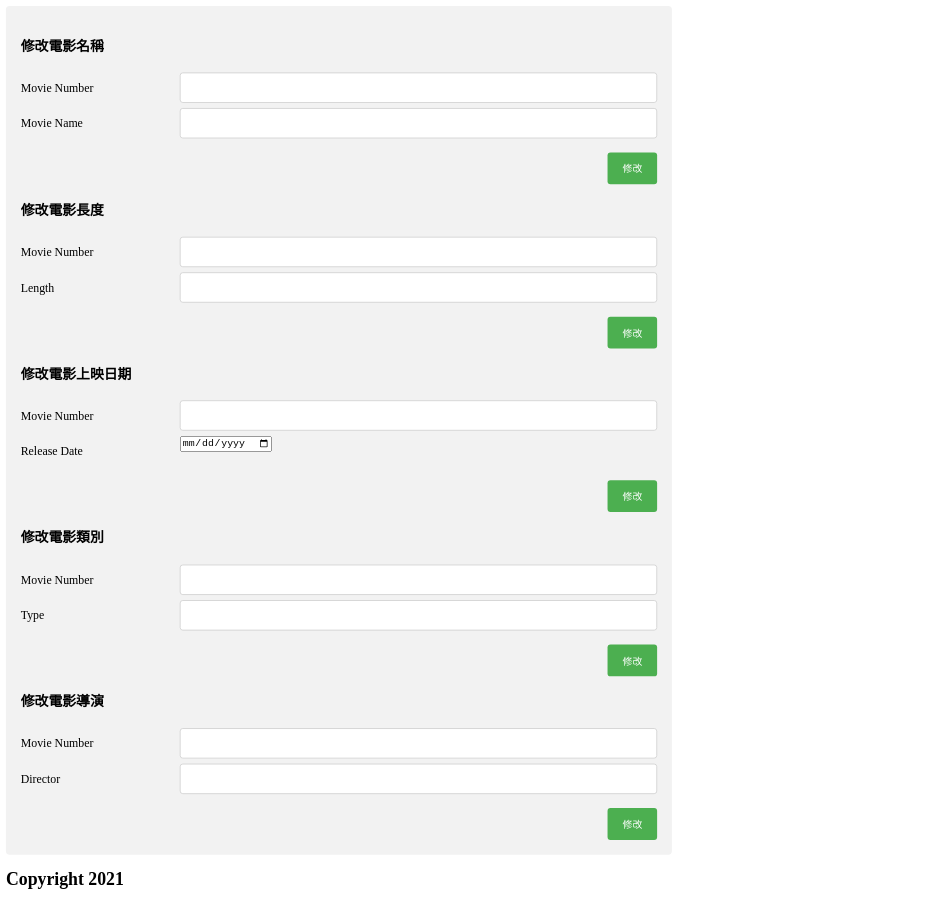
Repository: PEICHI26/Cinema
Page: http://localhost/Cinema/Update.jsp
An editor plug-in stored every save of this project. The page is shown before and after the next save, followed by the edit.
The browser window is 1280 px wide. The pictures show the whole page, at 74% of full size.
The page is served by Tomcat 9. Nobody is signed in. The application's start-up code is not run. Other server files are loaded and not shown.

Above is the page before, as saved 2021-12-18 08:17:48.

### Cinema/src/main/webapp/Update.jsp
<%@ page language="java" contentType="text/html; charset=UTF-8"
	pageEncoding="UTF-8"%>
<!DOCTYPE html>
<html>
<head>
<meta charset="UTF-8">
<title>Update Movie</title>
<style>
* {
	box-sizing: border-box;
}

input[type=text], select, textarea {
	width: 100%;
	padding: 12px;
	border: 1px solid #ccc;
	border-radius: 4px;
	resize: vertical;
}

label {
	padding: 12px 12px 12px 0;
	display: inline-block;
}

input[type=submit] {
	background-color: #4CAF50;
	color: white;
	padding: 12px 20px;
	border: none;
	border-radius: 4px;
	cursor: pointer;
	float: right;
}

input[type=submit]:hover {
	background-color: #45a049;
}

.container {
	border-radius: 5px;
	background-color: #f2f2f2;
	padding: 20px;
	width: 900px;
}

.col-25 {
	float: left;
	width: 25%;
	margin-top: 6px;
}

.col-75 {
	float: left;
	width: 75%;
	margin-top: 6px;
}

/* Clear floats after the columns */
.row:after {
	content: "";
	display: table;
	clear: both;
}

/* Responsive layout - when the screen is less than 600px wide, make the two columns stack on top of each other instead of next to each other */
@media screen and (max-width: 600px) {
	.col-25, .col-75, input[type=submit] {
		width: 100%;
		margin-top: 0;
	}
}
</style>
</head>
<body>
	<div class="container">
		<h3>修改電影名稱</h3>
		<form action="MovieServlet" method="post">
			<div class="row">
				<div class="col-25">
					<label for="movieno">Movie Number</label>
				</div>
				<div class="col-75">
					<input type="text" id="movieno" name="movieno" placeholder="">
				</div>
			</div>
			<div class="row">
				<div class="col-25">
					<label for="moviename">Movie Name</label>
				</div>
				<div class="col-75">
					<input type="text" id="moviename" name="moviename" placeholder="">
				</div>
			</div>

			<br>
			<div class="row">
				<input type="submit" name="UPDATENAME" value="修改">
			</div>
		</form>

		<h3>修改電影長度</h3>
		<form action="MovieServlet" method="post">
			<div class="row">
				<div class="col-25">
					<label for="movieno">Movie Number</label>
				</div>
				<div class="col-75">
					<input type="text" id="movieno" name="movieno" placeholder="">
				</div>
			</div>
			<div class="row">
				<div class="col-25">
					<label for="movielength">Length</label>
				</div>
				<div class="col-75">
					<input type="text" id="movielength" name="movielength"
						placeholder="">
				</div>
			</div>

			<br>
			<div class="row">
				<input type="submit" name="UPDATELENGTH" value="修改">
			</div>
		</form>
		<h3>修改電影上映日期</h3>
		<form action="MovieServlet" method="post">
			<div class="row">
				<div class="col-25">
					<label for="movieno">Movie Number</label>
				</div>
				<div class="col-75">
					<input type="text" id="movieno" name="movieno" placeholder="">
				</div>
			</div>
			<div class="row">
				<div class="col-25">
					<label for="moviename">Release Date</label>
				</div>
				<div class="col-75">
					<input type="date" id="rdate" name="rdate">
				</div>
			</div>

			<br>
			<div class="row">
				<input type="submit" name="UPDATEDATE" value="修改">
			</div>
		</form>
		<h3>修改電影類別</h3>
		<form action="MovieServlet" method="post">
			<div class="row">
				<div class="col-25">
					<label for="movieno">Movie Number</label>
				</div>
				<div class="col-75">
					<input type="text" id="movieno" name="movieno" placeholder="">
				</div>
			</div>
			<div class="row">
				<div class="col-25">
					<label for="type">Type</label>
				</div>
				<div class="col-75">
					<input type="text" id="type" name="type" placeholder="">
				</div>
			</div>

			<br>
			<div class="row">
				<input type="submit" name="UPDATELENGTH" value="修改">
			</div>
		</form>
		<h3>修改電影導演</h3>
		<form action="MovieServlet" method="post">
			<div class="row">
				<div class="col-25">
					<label for="movieno">Movie Number</label>
				</div>
				<div class="col-75">
					<input type="text" id="movieno" name="movieno" placeholder="">
				</div>
			</div>
			<div class="row">
				<div class="col-25">
					<label for="director">Director</label>
				</div>
				<div class="col-75">
					<input type="text" id="director" name="director" placeholder="">
				</div>
			</div>
			<br>
			<div class="row">
				<input type="submit" name="UPDATELENGTH" value="修改">
			</div>
		</form>
	</div>
	<%@ include file="copyright.jspf"%>
</body>
</html>

### Cinema/src/main/webapp/copyright.jspf
<h2> Copyright   2021 </h2>

After the next save:
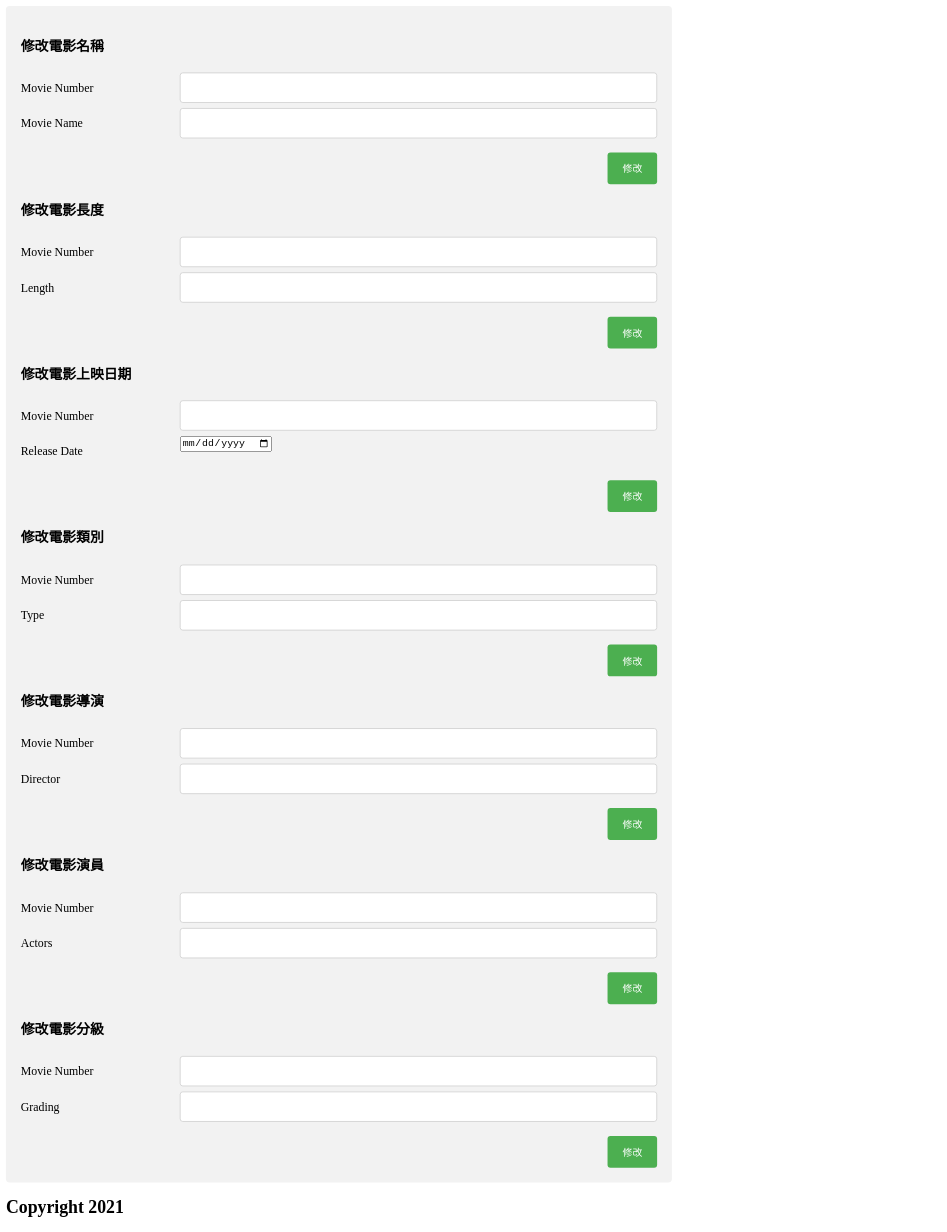
Saved 2 min 48 s later.
--- a/Cinema/src/main/webapp/Update.jsp
+++ b/Cinema/src/main/webapp/Update.jsp
@@ -195,6 +195,52 @@ input[type=submit]:hover {
 				<input type="submit" name="UPDATELENGTH" value="修改">
 			</div>
 		</form>
+		<h3>修改電影演員</h3>
+		<form action="MovieServlet" method="post">
+			<div class="row">
+				<div class="col-25">
+					<label for="movieno">Movie Number</label>
+				</div>
+				<div class="col-75">
+					<input type="text" id="movieno" name="movieno" placeholder="">
+				</div>
+			</div>
+			<div class="row">
+				<div class="col-25">
+					<label for="actors">Actors</label>
+				</div>
+				<div class="col-75">
+					<input type="text" id="actors" name="actors" placeholder="">
+				</div>
+			</div>
+			<br>
+			<div class="row">
+				<input type="submit" name="UPDATELENGTH" value="修改">
+			</div>
+		</form>
+			<h3>修改電影分級</h3>
+		<form action="MovieServlet" method="post">
+			<div class="row">
+				<div class="col-25">
+					<label for="movieno">Movie Number</label>
+				</div>
+				<div class="col-75">
+					<input type="text" id="movieno" name="movieno" placeholder="">
+				</div>
+			</div>
+			<div class="row">
+				<div class="col-25">
+					<label for="grading">Grading</label>
+				</div>
+				<div class="col-75">
+					<input type="text" id="grading" name="grading" placeholder="">
+				</div>
+			</div>
+			<br>
+			<div class="row">
+				<input type="submit" name="UPDATELENGTH" value="修改">
+			</div>
+		</form>
 	</div>
 	<%@ include file="copyright.jspf"%>
 </body>
